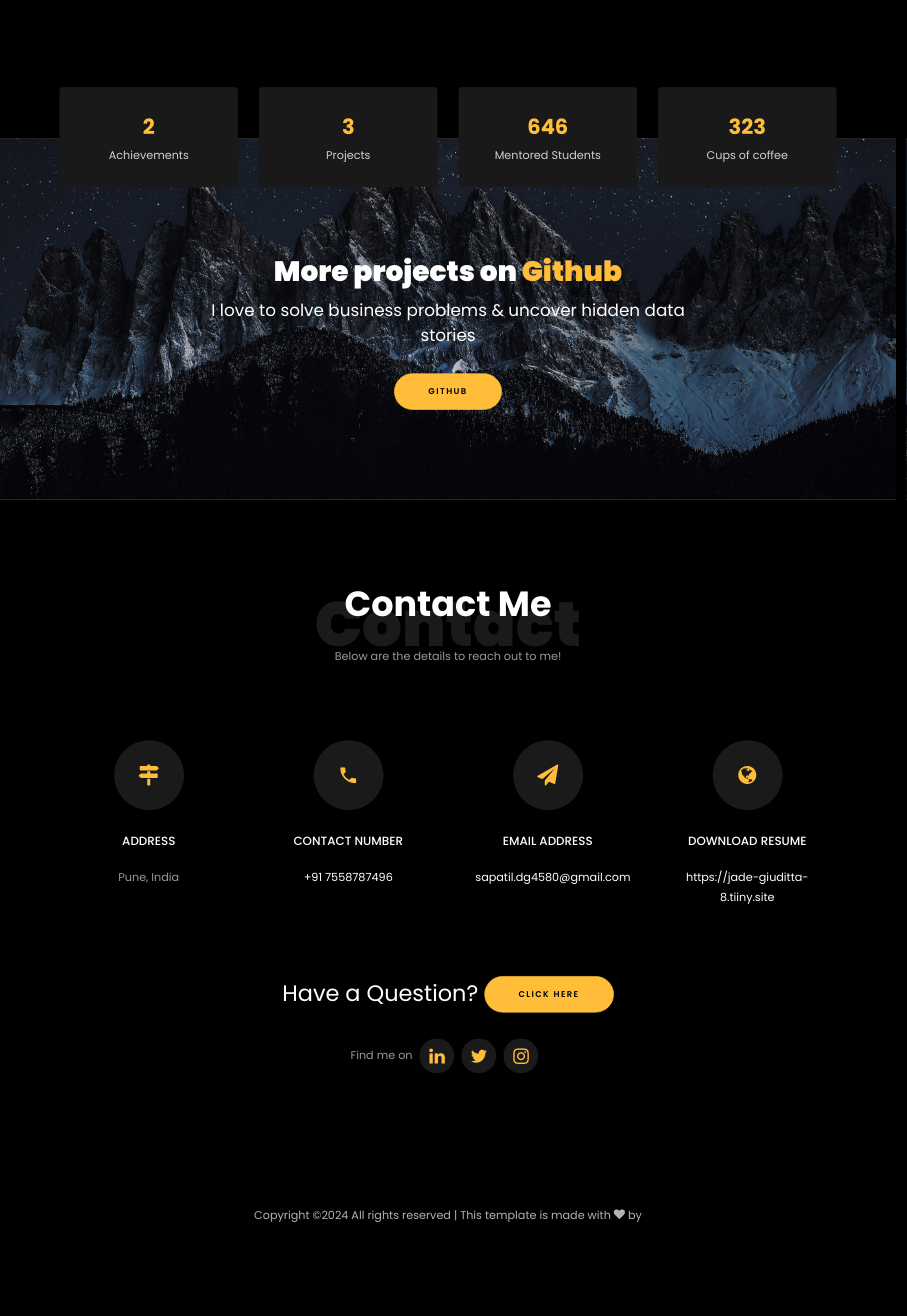
Repository: abp197/portfolio-website
Page: index.html
These files come from the project's save history. The page is drawn as it stood at one moment and after the next save; the edit follows.
The browser window is 1280 px wide. The page is 1295 px wide, so the pictures cover 1295 px, including what lies to the right of the window. The pictures show the part of the page from y = 4478 to 6358 px (the page is 6358 px tall), at 70% of full size.

Above is the page before, as saved 2024-10-15 00:51:36.
Console error (its wording comes from the project's code and is left out).

After the next save:
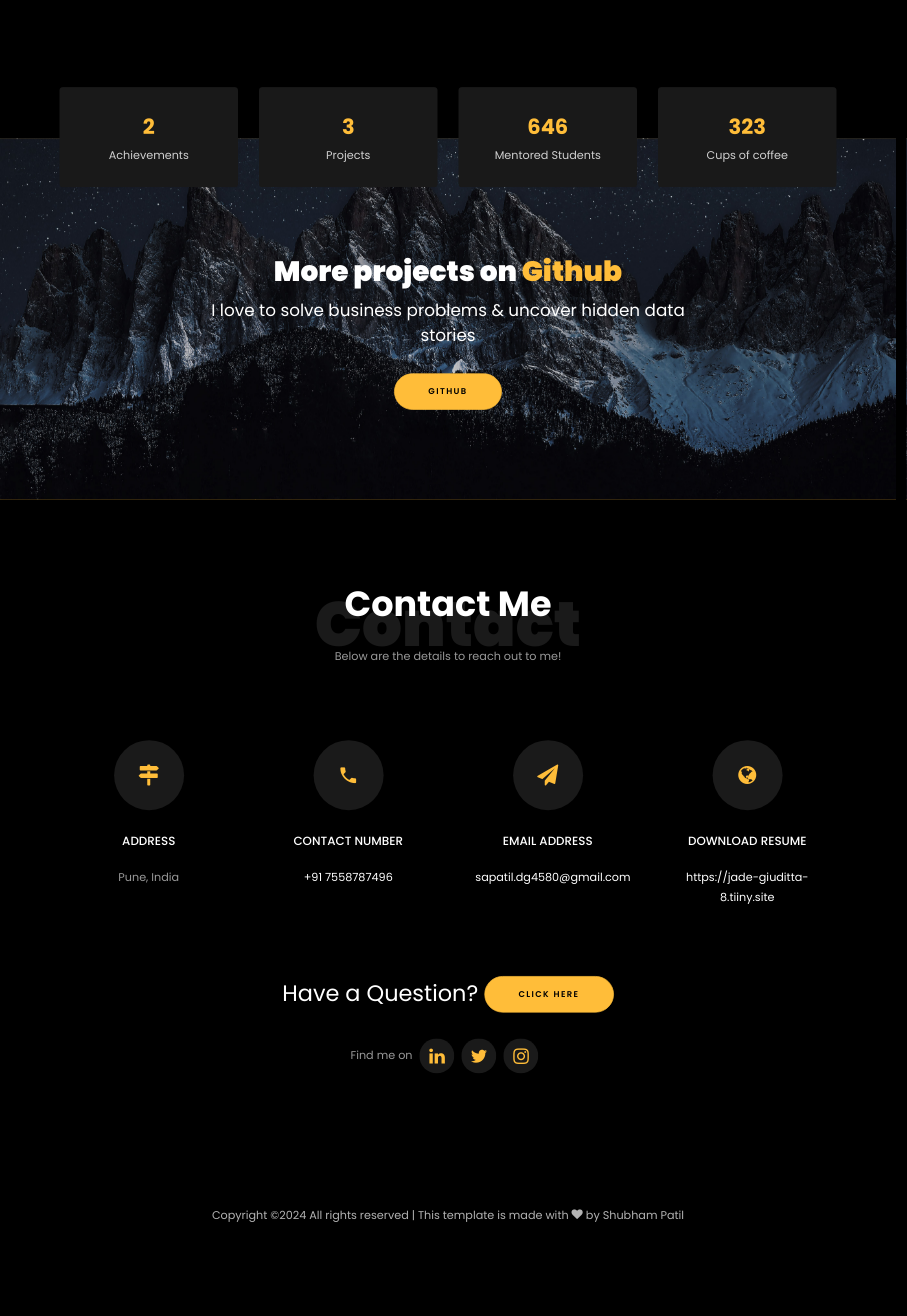
Saved 5 s later.
--- a/index.html
+++ b/index.html
@@ -608,7 +608,7 @@
 			<div class="col-md-12 text-center">
 
 			  <p><!-- Link back to Colorlib can't be removed. Template is licensed under CC BY 3.0. -->
-	Copyright &copy;<script>document.write(new Date().getFullYear());</script> All rights reserved | This template is made with <i class="icon-heart color-danger" aria-hidden="true"></i> by <a href="https://colorlib.com" target="_blank"></a>
+	Copyright &copy;<script>document.write(new Date().getFullYear());</script> All rights reserved | This template is made with <i class="icon-heart color-danger" aria-hidden="true"></i> by <a href="https://colorlib.com" target="_blank">Shubham Patil</a>
 	<!-- Link back to Colorlib can't be removed. Template is licensed under CC BY 3.0. --></p>
 			</div>
 		  </div>
